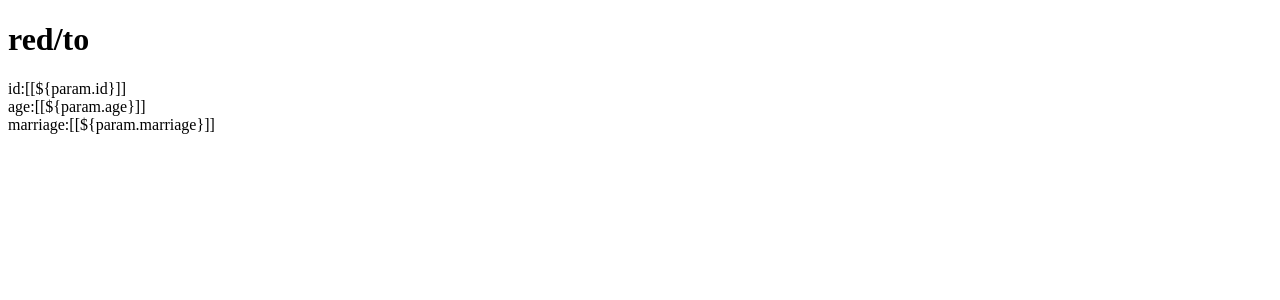
Repository: Yousehyeon/spring_work
Page: stsMvcProj/src/main/webapp/views/red/to.html
The author's editor kept a copy of each file at every save. The page is drawn from the files as they stood at one save, then again after the next save.
The browser window is 1280 px wide. The pictures show the whole page.

Above is the page before, as saved 2023-08-21 03:38:18.

### stsMvcProj/src/main/webapp/views/red/to.html
<!DOCTYPE html>
<html xmlns:th="http://www.thymeleaf.org">
<head>
<meta charset="UTF-8">
<title>red/to</title>
</head>
<body>
<h1>red/to</h1>
id:[[${param.id}]]<br/>
age:[[${param.age}]]<br/>
marriage:[[${param.marriage}]]<br/>
</body>
</html>

After the next save:
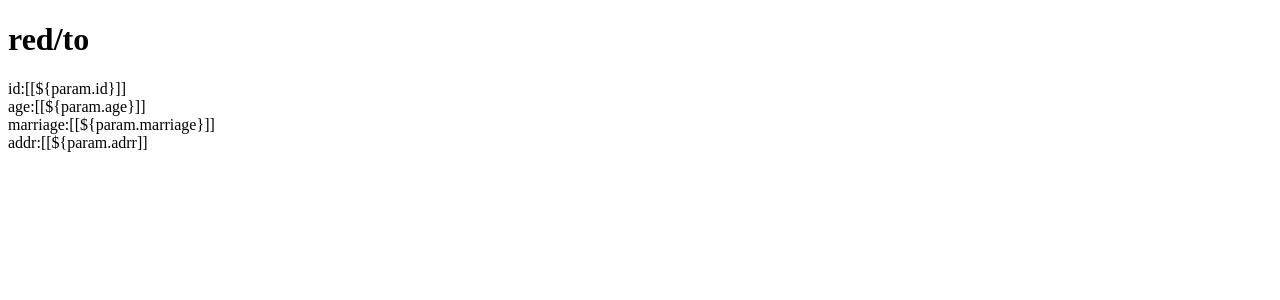
Saved 14 min 38 s later.
--- a/stsMvcProj/src/main/webapp/views/red/to.html
+++ b/stsMvcProj/src/main/webapp/views/red/to.html
@@ -9,5 +9,6 @@
 id:[[${param.id}]]<br/>
 age:[[${param.age}]]<br/>
 marriage:[[${param.marriage}]]<br/>
+addr:[[${param.adrr]]<br/>
 </body>
 </html>
